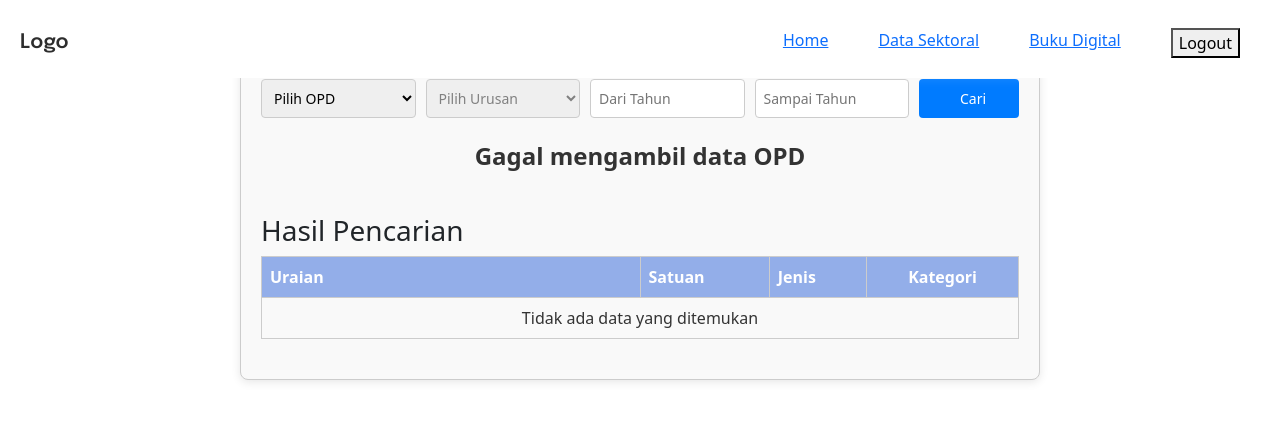
Repository: nida463/Website-PKL
Page: /sektoral
These files come from the project's save history. The page is drawn as it stood at one moment and after the next save; the edit follows.
The browser window is 1280 px wide. The pictures show the whole page.
The page's requests for data from a server got no answer. The project was rebuilt for these pictures with package versions that can differ from the ones it lists, and the page was loaded fresh each time. No one was signed in, and anything a server would have sent is missing. Also part of the build but not shown: src/Components/auth/Login.js, src/Components/organisms/Navbar.js, src/Components/atoms/Lable.js, src/Components/molecules/header/BrandingSection.js, src/Components/molecules/header/BodyTextH.js, src/Components/atoms/Button.js, src/Components/molecules/header/ButonContact.js, src/Components/atoms/Image.js and 24 more.

Above is the page before, as saved 2024-10-11 13:59:41.

### src/App.js
import React from "react";
import { BrowserRouter as Router, Route, Routes, useNavigate } from "react-router-dom";
import Login from "./Components/auth/Login";
import MainConten from "./Components/template/mainconten";
import Sektoral from "./Components/Page.js/Sektoral";
import BukuDigital from "./Components/Page.js/BukuDigital";
import Error404 from "./Components/Page.js/Error404";
import { login } from "./Components/auth/LoginService";
import NavbarMenu from "./Components/molecules/navbar/NavbarMenu";

function App() {
    return (
        <Router>
            <Routes>
                {/* Route untuk halaman login tanpa Navbar */}
                <Route path="/login" element={<LoginWrapper />} />

                {/* Route untuk halaman dengan Navbar */}
                <Route element={<LayoutWithNavbar />}>
                    <Route path="/" element={<MainConten />} />
                    <Route path="/sektoral" element={<Sektoral />} />
                    <Route path="/buku-digital" element={<BukuDigital />} />
                </Route>

                {/* Route untuk halaman yang tidak ditemukan (404 error) */}
                <Route path="*" element={<Error404 />} /> {/* Menampilkan halaman 404 */}
            </Routes>
        </Router>
    );
}

// Layout untuk halaman dengan Navbar
function LayoutWithNavbar() {
    return (
        <>
            <NavbarMenu />
            <Routes>
                <Route path="/" element={<MainConten />} />
                <Route path="/sektoral" element={<Sektoral />} />
                <Route path="/buku-digital" element={<BukuDigital />} />
            </Routes>
        </>
    );
}

// Fungsi pembungkus untuk login
function LoginWrapper() {
    const navigate = useNavigate();

    const handleLogin = async (nip, password) => {
        try {
            await login(nip, password);
            alert('Login berhasil!');
            navigate('/'); // Mengarahkan ke halaman utama setelah login
        } catch (error) {
            console.error('Login gagal:', error);
            alert('Login gagal: NIP atau password salah.');
        }
    };

    return <Login onLogin={handleLogin} />;
}

export default App;

### src/Components/Page.js/Sektoral.js
import React, { useState, useEffect } from 'react';
import axios from "axios";
import "../../styles/Sektoral.css"; // Pastikan path sesuai

const Sektoral = () => {
  const [opds, setDataOPD] = useState([]);
  const [urusans, setDataUrusan] = useState([]);
  const [results, setResults] = useState([]);
  const [loading, setLoading] = useState(false);
  const [error, setError] = useState(null);
  const [DariTahun, setDariTahun] = useState('');
  const [SampaiTahun, setSampaiTahun] = useState('');
  const [selectedOPD, setSelectedOPD] = useState('');
  const [selectedUrusan, setSelectedUrusan] = useState('');

  // State untuk pagination
  const [currentPage, setCurrentPage] = useState(1);
  const [itemsPerPage] = useState(20); // Jumlah data per halaman

  // Fetch data OPD saat komponen dimuat
  useEffect(() => {
    const fetchDataOPD = async () => {
      setLoading(true);
      try {
        const response = await axios.get("http://116.206.212.234:4000/list-opd");
        setDataOPD(response.data);
      } catch (error) {
        setError("Gagal mengambil data OPD");
      } finally {
        setLoading(false);
      }
    };

    fetchDataOPD();
  }, []);

  // Menghandle perubahan OPD
  const handleOPDChange = async (e) => {
    const opdId = e.target.value;
    setSelectedOPD(opdId);
    setSelectedUrusan(""); // Reset urusan setiap kali OPD berubah
    setLoading(true);

    if (opdId) {
      try {
        const response = await axios.get(
          `http://116.206.212.234:4000/data-sektoral/list-urusan-by-id-opd?id_user_opd=${opdId}`
        );
        setDataUrusan(response.data);
        setError(null);
      } catch (error) {
        setError("Gagal mengambil data urusan.");
      } finally {
        setLoading(false);
      }
    } else {
      setDataUrusan([]); // Kosongkan urusan jika tidak ada OPD yang dipilih
      setLoading(false);
    }
  };

  // Menghandle pencarian data
  const handleSearch = async (e) => {
    e.preventDefault();
    setLoading(true);

    try {
      const response = await axios.get("http://116.206.212.234:4000/data-sektoral", {
        params: {
          id_user_opd: selectedOPD,
          kode_urusan: selectedUrusan,
          dari_tahun: DariTahun,
          sampai_tahun: SampaiTahun,
        },
      });
      setResults(response.data);
      setError(null);
      setCurrentPage(1); // Reset halaman saat melakukan pencarian
    } catch (error) {
      setError("Terjadi kesalahan saat mengambil data.");
    } finally {
      setLoading(false);
    }
  };

  // Pagination logic
  const indexOfLastItem = currentPage * itemsPerPage;
  const indexOfFirstItem = indexOfLastItem - itemsPerPage;
  const currentItems = results.slice(indexOfFirstItem, indexOfLastItem);
  const totalPages = Math.ceil(results.length / itemsPerPage);

  const handleNext = () => {
    if (currentPage < totalPages) {
      setCurrentPage(currentPage + 1);
    }
  };

  const handlePrevious = () => {
    if (currentPage > 1) {
      setCurrentPage(currentPage - 1);
    }
  };

  return (
    <div className="sektoral-container">
      <div className="sektoral-box">
        <h2 className="sektoral-title">Cari Data Sektoral</h2>
        <form className="search-form" onSubmit={handleSearch}>
          <div className="search-inputs">
            <select
              className="search-input"
              value={selectedOPD}
              onChange={handleOPDChange}
            >
              <option value="">Pilih OPD</option>
              {opds.map((OPD) => (
                <option key={OPD.id_opd} value={OPD.id_opd}>
                  {OPD.nama_opd}
                </option>
              ))}
            </select>

            <select
              className="search-input"
              value={selectedUrusan}
              onChange={(e) => setSelectedUrusan(e.target.value)}
              disabled={!selectedOPD}
            >
              <option value="">Pilih Urusan</option>
              {urusans.map((Urusan) => (
                <option key={Urusan.kode_urusan} value={Urusan.kode_urusan}>
                  {Urusan.nama_urusan}
                </option>
              ))}
            </select>

            <input
              className="search-input"
              type="number"
              placeholder="Dari Tahun"
              value={DariTahun}
              onChange={(e) => setDariTahun(e.target.value)}
              required
            />
            <input
              className="search-input"
              type="number"
              placeholder="Sampai Tahun"
              value={SampaiTahun}
              onChange={(e) => setSampaiTahun(e.target.value)}
              required
            />
            <button className="search-button" type="submit">
              <i className="fas fa-search" style={{ marginRight: "8px" }}></i>
              Cari
            </button>
          </div>
        </form>

        {error && <p className="error-message">{error}</p>}

        {loading ? (
          <p>Loading...</p>
        ) : (
          <div className="sektoral-results">
            <h3>Hasil Pencarian</h3>
            <table className="sektoral-table">
              <thead>
                <tr>
                  <th>Uraian</th>
                  <th>Satuan</th>
                  <th>Jenis</th>
                  <th>Kategori</th>
                </tr>
              </thead>
              <tbody>
                {currentItems.length > 0 ? (
                  currentItems.map((item, index) => (
                    <tr key={index}>
                      <td>{item.uraian_dssd}</td>
                      <td>{item.satuan}</td>
                      <td>{item.jenis_string}</td>
                      <td>{item.kategori_string}</td>
                    </tr>
                  ))
                ) : (
                  <tr>
                    <td colSpan="5">Tidak ada data yang ditemukan</td>
                  </tr>
                )}
              </tbody>
            </table>
            {/* Pagination */}
            {totalPages > 1 && (
              <div className="pagination">
                <button
                  className="pagination-button"
                  onClick={handlePrevious}
                  disabled={currentPage === 1}
                >
                  Previous
                </button>
                <div className="page-info">
                  Page {currentPage} of {totalPages}
                </div>
                <button
                  className="pagination-button"
                  onClick={handleNext}
                  disabled={currentPage === totalPages}
                >
                  Next
                </button>
              </div>
            )}
          </div>
        )}
      </div>
    </div>
  );
};

export default Sektoral;

### src/Components/auth/LoginService.js
// src/services/loginService.js
import axios from 'axios';

// Fungsi login untuk memanggil API
export const login = async (nip, password) => {
    try {
        const response = await axios.post('http://116.206.212.234:4000/auth/login', {
            nip: nip,
            password: password
        });

        // Jika API mengembalikan token, simpan di localStorage
        if (response.data.token) {
            localStorage.setItem('token', response.data.token);
            return response.data;
        } else {
            throw new Error('NIP atau password salah');
        }
    } catch (error) {
        throw new Error('Terjadi kesalahan saat login');
    }
};

### src/Components/molecules/navbar/NavbarMenu.js
// src/components/molecules/navbar/NavbarMenu.js
import React from "react";
import { Link } from "react-router-dom"; // Mengimpor Link dari react-router-dom
import NavbarItem from "../../atoms/navbar/NavbarItem";

const NavbarMenu = () => {
  return (
    <nav className="navbar">
      <div className="navbar-logo">
        <NavbarItem label="Logo" /> {/* Jika Anda ingin logo ditampilkan */}
      </div>
      <ul className="navbar-menu">
        <li><Link to="/"><NavbarItem label="Home" /></Link></li>
        <li><Link to="/sektoral"><NavbarItem label="Data Sektoral" /></Link></li>
        <li><Link to="/buku-digital"><NavbarItem label="Buku Digital" /></Link></li>
        <li>
          <button onClick={() => {
            localStorage.removeItem('token'); // Hapus token saat logout
            window.location.href = '/'; // Arahkan ke halaman login setelah logout
          }}>
            Logout
          </button>
        </li>
      </ul>
    </nav>
  );
};

export default NavbarMenu;

### src/styles/Login.css
/* styles/login.css */
.login-container {
    width: 100%;
    max-width: 400px;
    margin: auto;
    padding: 20px;
    border: 1px solid #ccc;
    border-radius: 8px;
    box-shadow: 0 2px 10px rgba(0, 0, 0, 0.1);
    background-color: #f9f9f9;
}

h2 {
    text-align: center;
    margin-bottom: 20px;
    color: #333;
    font-size: 18px; /* Ukuran font judul */
}

.login-form {
    display: flex;
    flex-direction: column;
}

.form-group {
    margin-bottom: 15px;
}

label {
    margin-bottom: 5px;
    font-weight: bold;
    color: #555;
}

.login-input {
    padding: 12px; /* Menambah padding agar input lebih nyaman */
    border: 1px solid #ccc;
    border-radius: 4px;
    font-size: 14px;
    transition: border-color 0.3s ease;
    width: 100%; /* Memastikan input menggunakan lebar penuh */
}

.login-input:focus {
    border-color: #007BFF;
    outline: none;
}

.error-message {
    color: red;
    text-align: center;
    margin-top: 10px;
}

.login-button {
    padding: 10px;
    border: none;
    border-radius: 4px;
    background-color: #007BFF;
    color: white;
    font-size: 16px;
    cursor: pointer;
    transition: background-color 0.3s ease;
}

.login-button:hover {
    background-color: #0056b3;
}

### src/styles/Sektoral.css
.sektoral-container {
    width: 100%;
    max-width: 800px;
    margin: auto;
    padding: 20px;
    border: 1px solid #ccc;
    border-radius: 8px;
    box-shadow: 0 2px 10px rgba(0, 0, 0, 0.1);
    background-color: #f9f9f9;
}

.sektoral-title {
    text-align: center;
    margin-bottom: 20px;
    color: #333;
}

.search-form {
    margin-bottom: 20px;
}

.search-inputs {
    display: flex;
    justify-content: flex-start;
    gap: 10px;
    flex-wrap: wrap;
}

.search-input {
    padding: 8px;
    border: 1px solid #ccc;
    border-radius: 4px;
    font-size: 14px;
    flex: 1 1 150px; /* Ukuran minimum untuk input */
    min-width: 120px; /* Lebar minimum */
}

.search-button {
    padding: 8px;
    border: none;
    border-radius: 4px;
    background-color: #007BFF;
    color: white;
    font-size: 14px;
    cursor: pointer;
    flex: 0 0 100px; /* Lebar tombol pencarian */
    transition: background-color 0.3s ease, transform 0.2s ease;
}

.search-button:hover {
    background-color: #0056b3;
    transform: scale(1.05); /* Efek zoom saat hover */
}

.sektoral-results {
    margin-top: 20px;
    margin-bottom: 20px;
}

.sektoral-table {
    width: 100%;
    border-collapse: collapse;
}

.sektoral-table th,
.sektoral-table td {
    border: 1px solid #ccc;
    padding: 8px;
    text-align: left;
}

.column-number {
    width: 25px !important; /* Lebar kolom nomor */
    text-align: center; /* Menyelaraskan teks di tengah */
}

.column-uraian {
    width: 45% !important; /* Lebar kolom untuk uraian */
}

.column-kategori {
    width: 30% !important; /* Lebar kolom untuk kategori */
}

/* CSS untuk Pagination */
.pagination {
    margin-top: 20px;
    display: flex;
    justify-content: space-between;
    align-items: center;
}

.page-info {
    margin: 0 auto;
    font-size: 16px;
}

.pagination-button {
    background-color: #66b3ff; /* Biru muda */
    border: none;
    padding: 8px 12px;
    cursor: pointer;
    color: white;
    border-radius: 4px;
    transition: background-color 0.3s ease, transform 0.2s ease;
}

.pagination-button:disabled {
    background-color: #ddd;
    cursor: not-allowed;
}

.pagination-button:hover:not(:disabled) {
    background-color: #0056b3; /* Biru lebih tua saat hover */
    transform: scale(1.05); /* Efek zoom saat hover */
}

/* Tambahan untuk memberikan jarak antara judul dan tabel */
.sektoral-results {
    margin-top: 40px; /* Menambah jarak di atas tabel */
}

### src/styles/Bukudigital.css
/* styles/bukudigital.css */

.sektoral-container {
    width: 100%;
    max-width: 800px;
    margin: auto;
    padding: 20px;
    border: 1px solid #ccc;
    border-radius: 8px;
    box-shadow: 0 2px 10px rgba(0, 0, 0, 0.1);
    background-color: #f9f9f9;
}

.sektoral-title {
    text-align: center;
    margin-bottom: 20px;
    color: #333;
}

.result-table {
    margin-top: 20px;
}

table {
    width: 100%;
    border-collapse: collapse;
    margin-bottom: 20px;
}

th, td {
    border: 1px solid #ccc;
    padding: 10px;
    text-align: left;
    vertical-align: middle;
}

th {
    background-color: #93aee9; /* Warna header lebih menonjol */
    color: white;
    font-weight: bold;
    text-align: center;
}

td {
    background-color: #f9f9f9; /* Warna kolom data */
    color: #333;
}

tr:nth-child(even) td {
    background-color: #f1f1f1; /* Baris genap dengan warna lebih terang */
}

tr:hover td {
    background-color: #e0f7fa; /* Efek hover pada setiap baris */
}

th:first-child, td:first-child {
    width: 50%; /* Lebar kolom Judul Buku lebih besar */
}

th:last-child, td:last-child {
    text-align: center;
}

.detail-button {
    padding: 8px 12px;
    border: none;
    border-radius: 4px;
    background-color: #007BFF;
    color: white;
    font-size: 14px;
    cursor: pointer;
    transition: background-color 0.3s ease;
}

.detail-button:hover {
    background-color: #0056b3;
}

.pdf-preview {
    margin-top: 20px;
}

.error-message {
    color: red;
    font-weight: bold;
}

### src/styles/Error404.css
/* src/styles/Error404.css */
.error-container {
    text-align: center;
    padding: 50px;
}

.error-title {
    font-size: 100px;
    font-weight: bold;
    color: #e70101; /* Warna merah/oranye terang */
}

.error-message {
    font-size: 24px;
    color: #333;
    margin-bottom: 20px;
}

.error-link {
    display: inline-block;
    padding: 10px 20px;
    background-color: #e70101; /* Warna merah/oranye terang */
    color: white;
    text-decoration: none;
    border-radius: 5px;
}

.error-link:hover {
    background-color: #e5533d; /* Warna hover sedikit lebih gelap */
}

### src/Components/atoms/navbar/NavbarItem.js
// src/components/atoms/navbar/NavbarItem.js
import React from 'react';

const NavbarItem = ({ label, href }) => {
  return (
    <div>
      <a href={href}>{label}</a>
    </div>
  );
};

export default NavbarItem;

### src/styles/Navbar.css
:root {
  --navbar-color: #FFFFFF;
  --logo-font-family: "Epilogue", sans-serif;
  --logo-font-size: 20px;
  --logo-font-weight: 600;
  --logo-line-height: 30px;
  --menu-font-family: "Epilogue", sans-serif;
  --menu-font-size: 17px;
  --menu-font-weight: 400;
  --menu-line-height: 27px;
}

.navbar {
  display: flex;
  width: 100%;
  height: 78px;
  justify-content: space-between;
  align-items: center;
  background-color: var(--navbar-color);
  position: fixed !important;
  top: 0;
  left: 0;
  right: 0;
  z-index: 999;
  box-shadow: 0 2px 10px rgba(255, 254, 254, 0.1);
}

/* Styling untuk brand dan menu */
.navbar-brand {
  display: flex;
  align-items: center;
  text-decoration: none;
  list-style: none;
}

.navbar-brand a {
  font-family: var(--logo-font-family);
  font-size: var(--logo-font-size);
  font-weight: var(--logo-font-weight);
  line-height: var(--logo-line-height);
  color: #2D2D2D;
  text-decoration: none;
  margin-left: 10px;
  padding: 42px 24px;
}

.navbar-menu {
  list-style: none;
  display: flex;
  margin: 20px;
  padding: 0;
  gap: 30px;
}

.navbar-menu li {
  margin-left: 20px;
}

.navbar-item {
  text-decoration: none;
  color: #333;
  font-family: var(--menu-font-family);
  font-size: var(--menu-font-size);
  font-weight: var(--menu-font-weight);
  line-height: var(--menu-line-height);
  text-align: left;
  padding: 10px 15px; /* Tambahkan padding untuk area klik yang lebih besar */
  transition: color 0.3s ease; /* Animasi transisi warna */
}

/* Tambahkan efek hover */
.navbar-item:hover {
  color: #007BFF; /* Ubah warna saat hover */
}

/* Kelas untuk item aktif */
.navbar-item.active {
  /* Menghapus warna aktif */
  /* color: var(--active-color); */ /* Hapus atau komentari baris ini */
  font-weight: bold; /* Membuat teks lebih tebal saat aktif */
  border-bottom: 0; /* Hapus garis bawah untuk item aktif */
}

/* Untuk menghapus garis bawah pada item menu */
.navbar-item:not(.active) {
  border-bottom: 0; /* Pastikan tidak ada garis bawah untuk item yang tidak aktif */
}

.navbar-menu li:last-child {
  margin-right: 20px;
}

.navbar-logo {
  width: 49px;
  height: 30px;
  font-family: var(--logo-font-family);
  font-size: var(--logo-font-size);
  font-weight: var(--logo-font-weight);
  line-height: var(--logo-line-height);
  color: #2D2D2D;
  display: flex;
  align-items: center;
  margin-left: 20px;
}

/* Styling untuk tombol logout */
.logout-button {
  background-color: #007BFF; /* Warna biru */
  color: white; /* Teks berwarna putih */
  border: none; /* Tanpa border */
  border-radius: 5px; /* Sudut yang lebih halus */
  padding: 10px 15px; /* Padding untuk tombol */
  cursor: pointer; /* Menunjukkan bahwa ini adalah tombol */
  transition: background-color 0.3s ease; /* Transisi warna saat hover */
}

.logout-button:hover {
  background-color: darkblue; /* Warna saat hover */
}

### src/styles/Header.css
:root {
  --layout-width: auto;
  --layout-padding: 42px 68px;
  --layout-gap: 68px;
  --layout-opacity: 1;
}

.layout {
  display: flex;
  width: var(--layout-width);
  padding: var(--layout-padding);
  gap: var(--layout-gap);
  justify-content: space-between;
  background-color: #ffffff;
  align-items: center;
  margin-top: 5rem;
}


.text-section {
  flex: 2;
}


.image-section {
  flex: 2;
  display: flex;
  align-items: center;
  justify-content: center;
}


.image-section img {
  width: 500px;
  height: 380px;
  ;
}



.brand {
  font-family: "Epilogue", sans-serif;
  font-size: 20px;
  font-weight: 600;
  line-height: 30px;
  text-align: left;
  margin-bottom: 10px;
}


.visual{
  font-family: "Epilogue", sans-serif;
  font-size: 68px;
  font-weight: 600;
  line-height: 69.7px;
  text-align: left;
  margin-bottom: 20px;
}


.description {
  font-family: "Epilogue", sans-serif;
  font-size: 17px;
  font-weight: 400;
  line-height: 27px;
  text-align: left;
}


.button-link {
  font-family: "Epilogue", sans-serif;
  font-size: 20px;
  font-weight: 600;
  line-height: 30px;
  text-align: center;
  margin-top: 20px;
  background-color: #2d2d2d;
  width: 211px;
  height: 78px;
  padding: 24px 64px;
  display: flex;
  align-items: center;
  justify-content: center;
  opacity: 1;
  cursor: pointer;
  color: #ffffff;
  text-decoration: none;
}


.button-link:hover {
  background-color: #007bff;
}

Loaded but not shown: public/index.html (common file); src/index.js (common file); src/index.css (common file); src/reportWebVitals.js (common file)

After the next save:
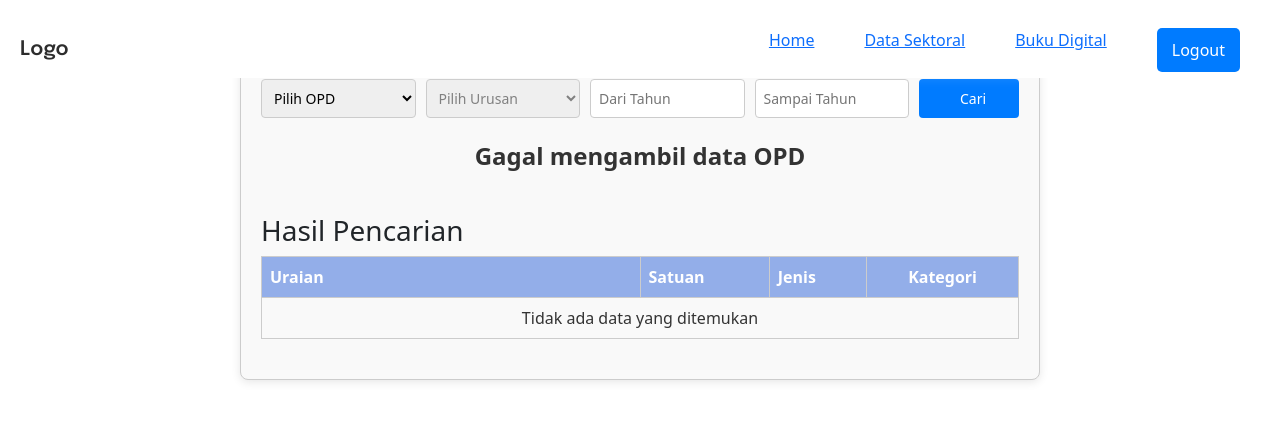
Saved 8 min 19 s later.
--- a/src/Components/molecules/navbar/NavbarMenu.js
+++ b/src/Components/molecules/navbar/NavbarMenu.js
@@ -10,14 +10,29 @@ const NavbarMenu = () => {
         <NavbarItem label="Logo" /> {/* Jika Anda ingin logo ditampilkan */}
       </div>
       <ul className="navbar-menu">
-        <li><Link to="/"><NavbarItem label="Home" /></Link></li>
-        <li><Link to="/sektoral"><NavbarItem label="Data Sektoral" /></Link></li>
-        <li><Link to="/buku-digital"><NavbarItem label="Buku Digital" /></Link></li>
         <li>
-          <button onClick={() => {
-            localStorage.removeItem('token'); // Hapus token saat logout
-            window.location.href = '/'; // Arahkan ke halaman login setelah logout
-          }}>
+          <Link to="/">
+            <NavbarItem label="Home" className="navbar-item" />
+          </Link>
+        </li>
+        <li>
+          <Link to="/sektoral">
+            <NavbarItem label="Data Sektoral" className="navbar-item" />
+          </Link>
+        </li>
+        <li>
+          <Link to="/buku-digital">
+            <NavbarItem label="Buku Digital" className="navbar-item" />
+          </Link>
+        </li>
+        <li>
+          <button
+            className="logout-button"
+            onClick={() => {
+              localStorage.removeItem("token"); // Hapus token saat logout
+              window.location.href = "/"; // Arahkan ke halaman login setelah logout
+            }}
+          >
             Logout
           </button>
         </li>
